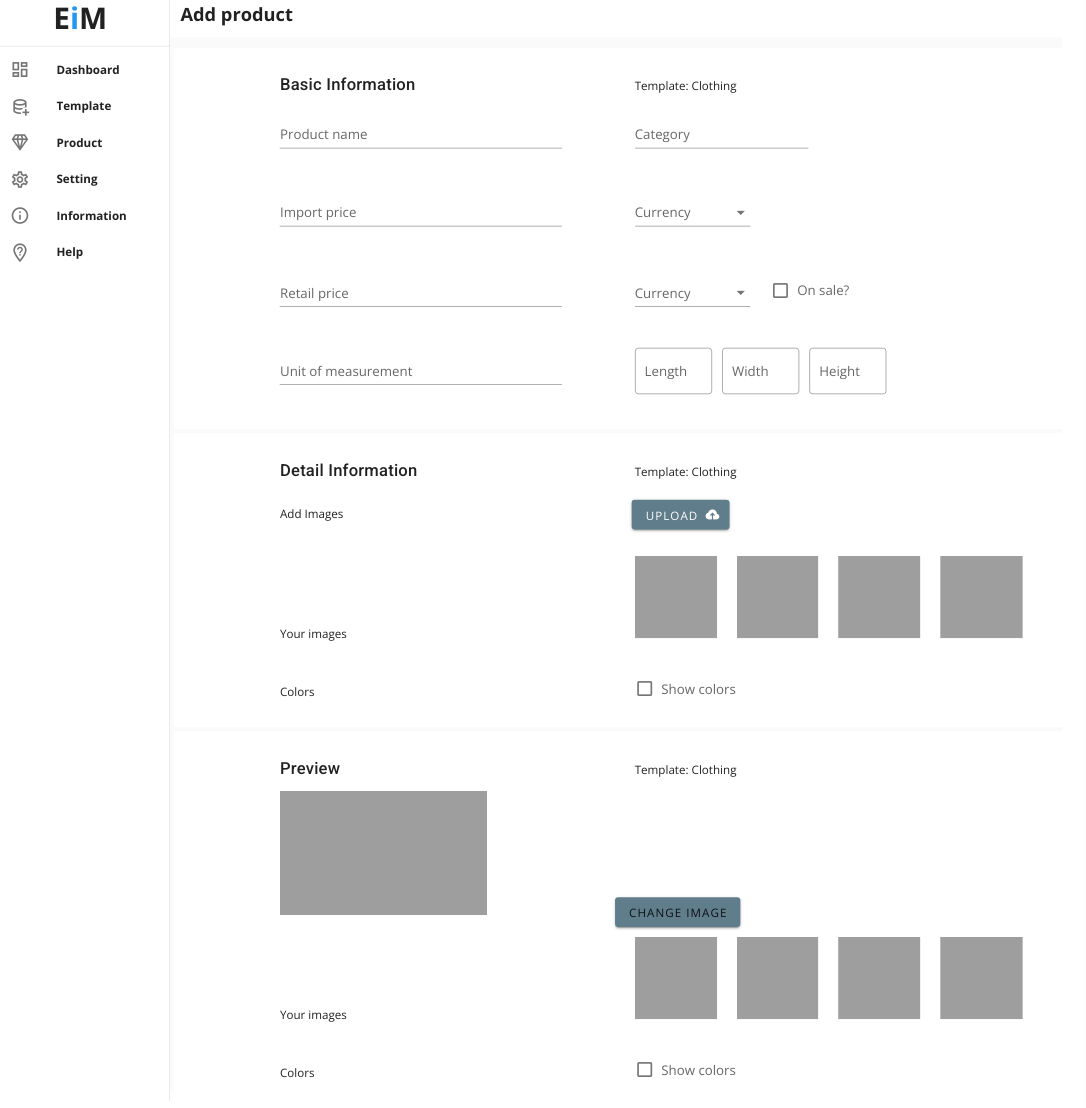
Repository: nguyenphuong152/pim-template
Page: /addproduct
These files come from the project's save history. The page is drawn as it stood at one moment and after the next save; the edit follows.
The browser window is 1280 px wide. The page is 1308 px wide, so the pictures cover 1308 px, including what lies to the right of the window. The pictures show the whole page, at 83% of full size.
Pictures or frames that could not be fetched are drawn as grey boxes. The project was rebuilt for these pictures with package versions that can differ from the ones it lists, and the page was loaded fresh each time. Also part of the build but not shown: vue.config.js, src/views/Home.vue, src/components/Outcome_1/SearchTemplate.vue, src/components/Outcome_1/YourTemplate.vue, src/components/Outcome_1/ListComponent.vue, src/components/Outcome_1/AddInfo.vue, src/components/Outcome_1/AddDetail.vue, src/components/Outcome_1/CreateRegion.vue and 5 more.

Above is the page before, as saved 2020-12-21 14:20:27.

### public/index.html
<!DOCTYPE html>
<html lang="en">
  <head>
    <meta charset="utf-8" />
    <meta http-equiv="X-UA-Compatible" content="IE=edge" />
    <meta name="viewport" content="width=device-width,initial-scale=1.0" />
    <link rel="icon" href="<%= BASE_URL %>favicon.ico" />
    <link rel="preconnect" href="https://fonts.gstatic.com" />
    <link rel="preconnect" href="https://fonts.gstatic.com" />
    <link rel="preconnect" href="https://fonts.gstatic.com" />
    <link
      href="https://fonts.googleapis.com/css2?family=Open+Sans:wght@300;400;600;700;800&display=swap"
      rel="stylesheet"
    />
    <link
      href="https://fonts.googleapis.com/css?family=Montserrat:300,400,500,600,700"
      rel="stylesheet"
    />
    <title><%= htmlWebpackPlugin.options.title %></title>
    <link
      rel="stylesheet"
      href="https://fonts.googleapis.com/css?family=Roboto:100,300,400,500,700,900"
    />
    <link
      rel="stylesheet"
      href="https://cdn.jsdelivr.net/npm/@mdi/font@latest/css/materialdesignicons.min.css"
    />
  </head>
  <body>
    <noscript>
      <strong
        >We're sorry but <%= htmlWebpackPlugin.options.title %> doesn't work
        properly without JavaScript enabled. Please enable it to
        continue.</strong
      >
    </noscript>
    <div id="app"></div>
    <!-- built files will be auto injected -->
  </body>
</html>

### src/main.js
import Vue from 'vue'
import App from './App.vue'
import router from './router'
import '../sass/style.scss'
import vuetify from './plugins/vuetify';

Vue.config.productionTip = false

new Vue({
  router,
  vuetify,
  render: h => h(App)
}).$mount('#app')

### src/App.vue
<template>
  <v-app v-bind:style="{ background: activeColor }">
    <v-row>
      <v-col cols="2" class="pa-0">
        <v-navigation-drawer permanent width="220">
          <v-list-item>
            <v-list-item-content>
              <v-list-item-title class="logo">
                E<span class="blue--text">i</span>M
              </v-list-item-title>
            </v-list-item-content>
          </v-list-item>

          <v-divider></v-divider>

          <v-list dense nav class="text-start pl-4">
            <v-list-item
              v-for="item in items"
              :key="item.title"
              :to="item.path"
              color="blue"
            >
              <v-list-item-icon>
                <v-icon>{{ item.icon }}</v-icon>
              </v-list-item-icon>
              <v-list-item-content>
                <v-list-item-title class="template-title font-weight-bold ">{{
                  item.title
                }}</v-list-item-title>
              </v-list-item-content>
            </v-list-item>
          </v-list>
        </v-navigation-drawer>
      </v-col>
      <v-col class="pa-0">
        <router-view />
      </v-col>
    </v-row>
  </v-app>
</template>

<script>
export default {
  name: "App",
  components: {},
  watch: {
    $route(to) {
      document.title = `${to.meta.title}`;
    },
  },
  data() {
    return {
      clicked: false,
      activeColor: "#FAFAFA",
      items: [
        { title: "Dashboard", icon: "mdi-view-dashboard-outline", path: "" },
        {
          title: "Template",
          icon: "mdi-database-plus-outline",
          path: "/template",
        },
        { title: "Product", icon: "mdi-diamond-stone", path: "/product" },
        { title: "Setting", icon: "mdi-cog-outline", path: "" },
        { title: "Information", icon: "mdi-information-outline", path: "" },
        { title: "Help", icon: "mdi-map-marker-question-outline", path: "" },
      ],
      right: null,
    };
  },
};
</script>

### src/router/index.js
import Vue from "vue";
import VueRouter from "vue-router";
import Home from "../views/Home.vue";
import Template from "../views/Outcome_1/CreateProductTemplate.vue";
import Product from "../views/Outcome_2/Outcome_2_screen.vue";
import AddProduct from "../views/Outcome_2/AddProduct.vue";

Vue.use(VueRouter);

const routes = [
  {
    path: "/",
    name: "Home",
    component: Home,
  },
  {
    path: "/template",
    name: "Template",
    component: Template,
    meta: {
      title: "Add Template",
    },
  },
  {
    path: "/product",
    name: "Product",
    component: Product,
    meta: {
      title: "Product",
    },
  },
  {
    path: "/addproduct",
    name: "AddProduct",
    component: AddProduct,
    meta: {
      title: "Add Product",
    },
  },
  {
    path: "/about",
    name: "About",
    // route level code-splitting
    // this generates a separate chunk (about.[hash].js) for this route
    // which is lazy-loaded when the route is visited.
    component: () =>
      import(/* webpackChunkName: "about" */ "../views/About.vue"),
  },
];

const router = new VueRouter({
  mode: "history",
  base: process.env.BASE_URL,
  routes,
});

export default router;

### sass/style.scss
$font-primary: 'Open Sans',
sans-serif;

@import "~vuetify/src/styles/styles.sass";

$fontsize-content: 14px;
$fontsize-title: 24px;
$fontsize-logo:36px;
$fontsize-header:22px;
$fontsize-nav:20px;


#app {
  font-family: $font-primary;
   font-size:$fontsize-content;
  -webkit-font-smoothing: antialiased;
  -moz-osx-font-smoothing: grayscale;
  text-align: center;
  color: #2c3e50;
}

#nav {
  padding: 30px;
}

#nav a {
  font-weight: bold;
  color: #2c3e50;
}

#nav a.router-link-exact-active {
  color: #42b983;
}

.title {
  font: $font-primary !important;
  font-size: $fontsize-nav !important;
}

.logo {
  @extend .title;
  font-weight: 700 !important;
  font-size: $fontsize-logo !important;
}

.text-header {
  font: $font-primary !important;
  font-size: $fontsize-header !important;
  font-weight: 700;
}


.template-title {
  @extend .title;
  font-size: $fontsize-content !important;
}

### src/views/Outcome_2/AddProduct.vue
<template>
  <v-container class="pa-0">
    <v-card class="" flat>
      <v-container class="text-start">
        <v-row class="align-baseline">
          <v-col cols="10">
            <span class="text-header">Add product</span>
          </v-col>
        </v-row>
      </v-container>
    </v-card>
    <br />
    <BasicInfo />
    <br />
    <DetailInfo />
    <br />
    <Preview />
  </v-container>
</template>

<script>
import BasicInfo from "../../components/Outcome_2/BasicInfo";
import DetailInfo from "../../components/Outcome_2/Detail";
import Preview from "../../components/Outcome_2/Preview";

export default {
  components: {
    BasicInfo,
    DetailInfo,
    Preview,
  },
};
</script>

### src/components/Outcome_2/BasicInfo.vue
<template>
  <v-container class="text-start ma-1 pa-0">
    <v-card flat>
      <v-row class="d-flex align-baseline px-16 pt-4">
        <v-col>
          <v-container class="px-16 py-0">
            <span class="title ">Basic Information</span>
          </v-container>
        </v-col>
        <v-col>
          <span>Template: Clothing</span>
        </v-col>
      </v-row>
      <v-container class="px-16 py-0">
        <v-row class="d-flex align-baseline pa-0">
          <v-col cols="6">
            <v-container class="py-0 px-16">
              <v-text-field
                color="blue darken-2"
                label="Product name"
                hint="Miniskirt-02"
                required
              ></v-text-field>
            </v-container>
          </v-col>
          <v-col class="px-0">
            <v-container class="py-0">
              <v-text-field
                color="blue darken-2"
                label="Category"
                hint="Ex: Miniskirt"
                required
              ></v-text-field>
            </v-container>
          </v-col>
          <v-col></v-col>
        </v-row>
        <v-row class="d-flex align-baseline">
          <v-col cols="6">
            <v-container class="py-0 px-16">
              <v-text-field
                color="blue darken-2"
                label="Import price"
                hint="180,000"
                required
              ></v-text-field>
            </v-container>
          </v-col>
          <v-col class="px-0">
            <v-container class="py-0">
              <v-select :items="items" label="Currency"></v-select>
            </v-container>
          </v-col>
          <v-col cols="4"> </v-col>
        </v-row>
        <v-row class="d-flex align-baseline">
          <v-col cols="6">
            <v-container class="py-0 px-16">
              <v-text-field
                color="blue darken-2"
                label="Retail price"
                hint="180,000"
                required
              ></v-text-field>
            </v-container>
          </v-col>
          <v-col class="px-0">
            <v-container class="py-0 ">
              <v-select :items="items" label="Currency"></v-select>
            </v-container>
          </v-col>
          <v-col cols="4"
            ><v-checkbox label="On sale?" color="red" hide-details></v-checkbox>
          </v-col>
        </v-row>
        <v-row class="d-flex align-baseline">
          <v-col cols="6">
            <v-container class="py-0 px-16">
              <v-text-field
                color="blue darken-2"
                label="Unit of measurement"
                hint="Ex: piece, pair,..."
                required
              ></v-text-field>
            </v-container>
          </v-col>
          <v-col cols="4">
            <v-row>
              <v-col>
                <v-container class="pa-0">
                  <v-text-field
                    label="Length"
                    placeholder="70cm"
                    outlined
                  ></v-text-field>
                </v-container>
              </v-col>
              <v-col class="px-0">
                <v-container class="pa-0">
                  <v-text-field
                    label="Width"
                    placeholder="50cm"
                    outlined
                  ></v-text-field>
                </v-container>
              </v-col>
              <v-col>
                <v-container class="pa-0">
                  <v-text-field
                    label="Height"
                    placeholder="10cm"
                    outlined
                  ></v-text-field>
                </v-container>
              </v-col>
            </v-row>
          </v-col>
        </v-row>
      </v-container>
    </v-card>
  </v-container>
</template>

<script>
export default {
  data: () => ({
    items: ["VND", "USD", "EUR"],
  }),
};
</script>

<style></style>

### src/components/Outcome_2/Detail.vue
<template>
  <v-container class="text-start ma-1 pa-0">
    <v-card flat>
      <v-row class="d-flex align-baseline px-16 pt-4">
        <v-col>
          <v-container class="px-16 py-0">
            <span class="title ">Detail Information</span>
          </v-container>
        </v-col>
        <v-col>
          <span>Template: Clothing</span>
        </v-col>
      </v-row>
      <v-container class="px-16 py-0">
        <v-row class="d-flex align-baseline pa-0">
          <v-col>
            <v-container class="py-0 px-16">
              <span>Add Images</span>
            </v-container>
          </v-col>
          <v-col cols="6" class="px-0">
            <v-container class="py-0 px-0">
              <v-btn color="blue-grey" class="ma-2 white--text">
                Upload
                <v-icon right dark>
                  mdi-cloud-upload
                </v-icon>
              </v-btn>
            </v-container>
          </v-col>
        </v-row>
        <v-row class="d-flex align-baseline">
          <v-col cols="6">
            <v-container class="py-0 px-16">
              Your images
            </v-container>
          </v-col>
          <v-col>
            <v-row>
              <v-col v-for="n in 4" :key="n" class="d-flex child-flex">
                <v-img
                  :src="`https://picsum.photos/500/300?image=${n * 3 + 10}`"
                  :lazy-src="`https://picsum.photos/10/6?image=${n * 3 + 10}`"
                  aspect-ratio="1"
                  class="grey lighten-2"
                  width="70"
                >
                  <template v-slot:placeholder>
                    <v-row
                      class="fill-height ma-0"
                      align="center"
                      justify="center"
                    >
                      <v-progress-circular
                        indeterminate
                        color="grey lighten-5"
                      ></v-progress-circular>
                    </v-row>
                  </template>
                </v-img>
              </v-col>
            </v-row>
          </v-col>
        </v-row>
        <v-row class="d-flex align-baseline">
          <v-col cols="6">
            <v-container class="py-0 px-16">
              <span>Colors</span>
            </v-container>
          </v-col>
          <v-col cols="4" v-if="checkbox">
            <v-container class="py-0">
              <v-row align="center" justify="start">
                <v-col
                  v-for="(selection, i) in selections"
                  :key="selection.text"
                  class="shrink"
                >
                  <v-chip
                    :disabled="loading"
                    close
                    @click:close="selected.splice(i, 1)"
                  >
                    <v-icon left v-text="selection.icon"></v-icon>
                    {{ selection.text }}
                  </v-chip>
                </v-col>

                <v-col v-if="!allSelected" cols="12">
                  <v-text-field
                    ref="search"
                    v-model="search"
                    full-width
                    hide-details
                    label="Search"
                    single-line
                  ></v-text-field>
                </v-col>
              </v-row>
            </v-container>
            <v-list>
              <template v-for="item in categories">
                <v-list-item
                  v-if="!selected.includes(item)"
                  :key="item.text"
                  :disabled="loading"
                  @click="selected.push(item)"
                >
                  <v-list-item-title v-text="item.text"></v-list-item-title>
                </v-list-item>
              </template>
            </v-list>
          </v-col>
          <v-col>
            <v-checkbox v-model="checkbox" label="Show colors"></v-checkbox>
          </v-col>
        </v-row>
      </v-container>
    </v-card>
  </v-container>
</template>

<script>
export default {
  data: () => ({
    checkbox: false,
    items: [
      {
        text: "Red",
      },
      {
        text: "Green",
      },
      {
        text: "Blue",
      },
      {
        text: "Yellow",
      },
    ],
    loading: false,
    search: "",
    selected: [],
  }),
  computed: {
    allSelected() {
      return this.selected.length === this.items.length;
    },
    categories() {
      const search = this.search.toLowerCase();

      if (!search) return this.items;

      return this.items.filter((item) => {
        const text = item.text.toLowerCase();

        return text.indexOf(search) > -1;
      });
    },
    selections() {
      const selections = [];

      for (const selection of this.selected) {
        selections.push(selection);
      }

      return selections;
    },
  },
  watch: {
    selected() {
      this.search = "";
    },
  },
};
</script>

<style></style>

### src/components/Outcome_2/Preview.vue
<template>
  <v-container class="text-start ma-1 pa-0">
    <v-card flat>
      <v-row class="d-flex align-baseline px-16 pt-4">
        <v-col>
          <v-container class="px-16 py-0">
            <span class="title ">Preview</span>
          </v-container>
        </v-col>
        <v-col>
          <span>Template: Clothing</span>
        </v-col>
      </v-row>
      <v-container class="px-16 py-0">
        <v-row class="d-flex align-baseline pa-0">
          <v-col>
            <v-container class="py-0 px-16">
              <v-img
                lazy-src="https://cdn.vuetifyjs.com/images/parallax/material2.jpg"
                max-height="150"
                max-width="250"
                src="https://cdn.vuetifyjs.com/images/parallax/material2.jpg"
              ></v-img>
            </v-container>
          </v-col>
          <v-col cols="6" class="px-0">
            <v-row>
              <v-container class="py-0 px-0">
                <v-btn color="blue-grey">Change image</v-btn>
              </v-container>
            </v-row>
          </v-col>
        </v-row>
        <v-row class="d-flex align-baseline">
          <v-col cols="6">
            <v-container class="py-0 px-16">
              Your images
            </v-container>
          </v-col>
          <v-col>
            <v-row>
              <v-col v-for="n in 4" :key="n" class="d-flex child-flex">
                <v-img
                  :src="`https://picsum.photos/500/300?image=${n * 3 + 10}`"
                  :lazy-src="`https://picsum.photos/10/6?image=${n * 3 + 10}`"
                  aspect-ratio="1"
                  class="grey lighten-2"
                  width="70"
                >
                  <template v-slot:placeholder>
                    <v-row
                      class="fill-height ma-0"
                      align="center"
                      justify="center"
                    >
                      <v-progress-circular
                        indeterminate
                        color="grey lighten-5"
                      ></v-progress-circular>
                    </v-row>
                  </template>
                </v-img>
              </v-col>
            </v-row>
          </v-col>
        </v-row>
        <v-row class="d-flex align-baseline">
          <v-col cols="6">
            <v-container class="py-0 px-16">
              <span>Colors</span>
            </v-container>
          </v-col>
          <v-col cols="4" v-if="checkbox">
            <v-container class="py-0">
              <v-row align="center" justify="start">
                <v-col
                  v-for="(selection, i) in selections"
                  :key="selection.text"
                  class="shrink"
                >
                  <v-chip
                    :disabled="loading"
                    close
                    @click:close="selected.splice(i, 1)"
                  >
                    <v-icon left v-text="selection.icon"></v-icon>
                    {{ selection.text }}
                  </v-chip>
                </v-col>

                <v-col v-if="!allSelected" cols="12">
                  <v-text-field
                    ref="search"
                    v-model="search"
                    full-width
                    hide-details
                    label="Search"
                    single-line
                  ></v-text-field>
                </v-col>
              </v-row>
            </v-container>
            <v-list>
              <template v-for="item in categories">
                <v-list-item
                  v-if="!selected.includes(item)"
                  :key="item.text"
                  :disabled="loading"
                  @click="selected.push(item)"
                >
                  <v-list-item-title v-text="item.text"></v-list-item-title>
                </v-list-item>
              </template>
            </v-list>
          </v-col>
          <v-col>
            <v-checkbox v-model="checkbox" label="Show colors"></v-checkbox>
          </v-col>
        </v-row>
      </v-container>
    </v-card>
  </v-container>
</template>

<script>
export default {
  data: () => ({
    checkbox: false,
    items: [
      {
        text: "Red",
      },
      {
        text: "Green",
      },
      {
        text: "Blue",
      },
      {
        text: "Yellow",
      },
    ],
    loading: false,
    search: "",
    selected: [],
  }),
  computed: {
    allSelected() {
      return this.selected.length === this.items.length;
    },
    categories() {
      const search = this.search.toLowerCase();

      if (!search) return this.items;

      return this.items.filter((item) => {
        const text = item.text.toLowerCase();

        return text.indexOf(search) > -1;
      });
    },
    selections() {
      const selections = [];

      for (const selection of this.selected) {
        selections.push(selection);
      }

      return selections;
    },
  },
  watch: {
    selected() {
      this.search = "";
    },
  },
};
</script>

<style></style>

Loaded but not shown: src/plugins/vuetify.js (common file)

After the next save:
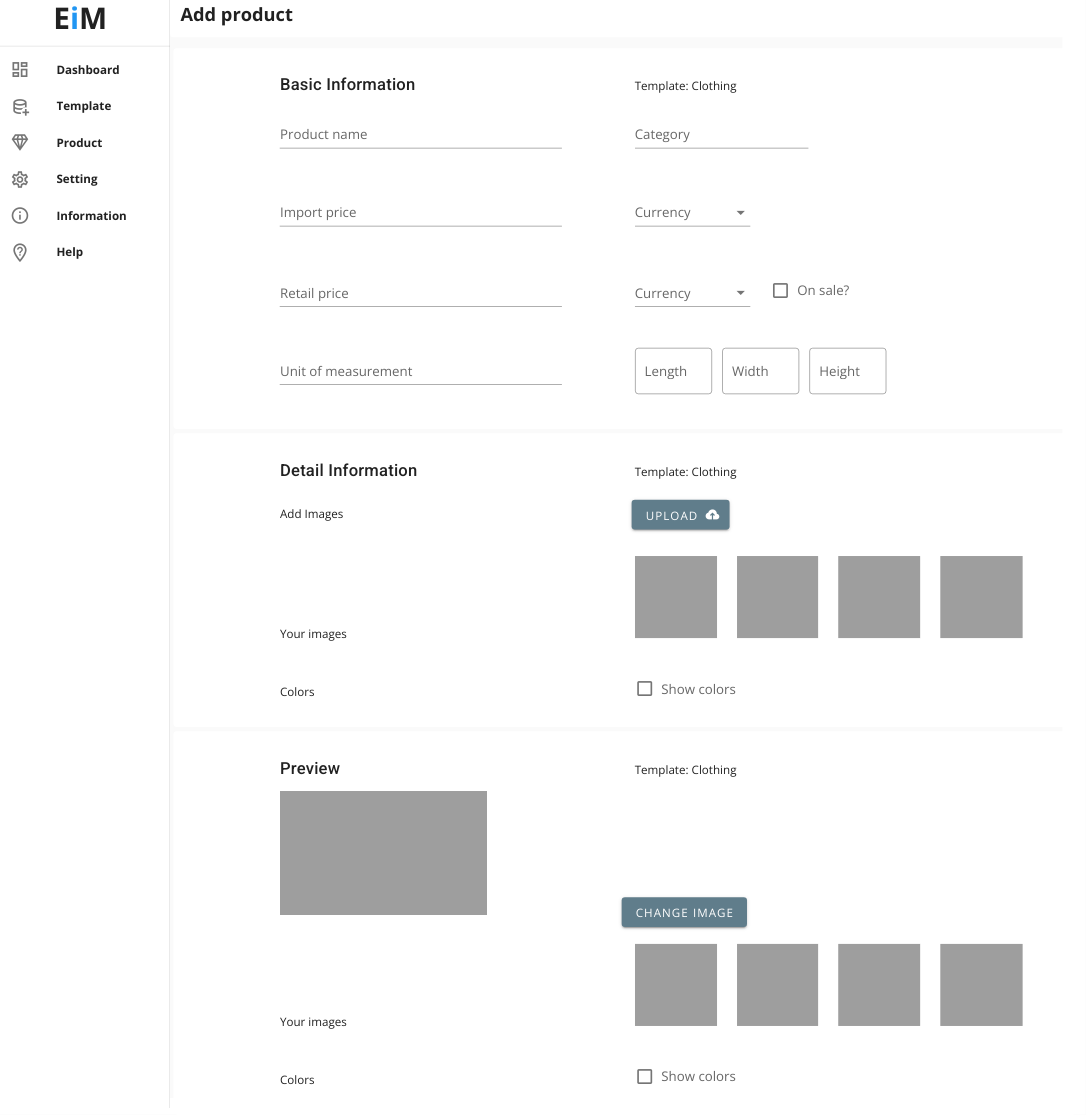
Saved 20 s later.
--- a/src/components/Outcome_2/Preview.vue
+++ b/src/components/Outcome_2/Preview.vue
@@ -26,7 +26,9 @@
           <v-col cols="6" class="px-0">
             <v-row>
               <v-container class="py-0 px-0">
-                <v-btn color="blue-grey">Change image</v-btn>
+                <v-btn color="blue-grey " class="ma-2 white--text"
+                  >Change image</v-btn
+                >
               </v-container>
             </v-row>
           </v-col>
